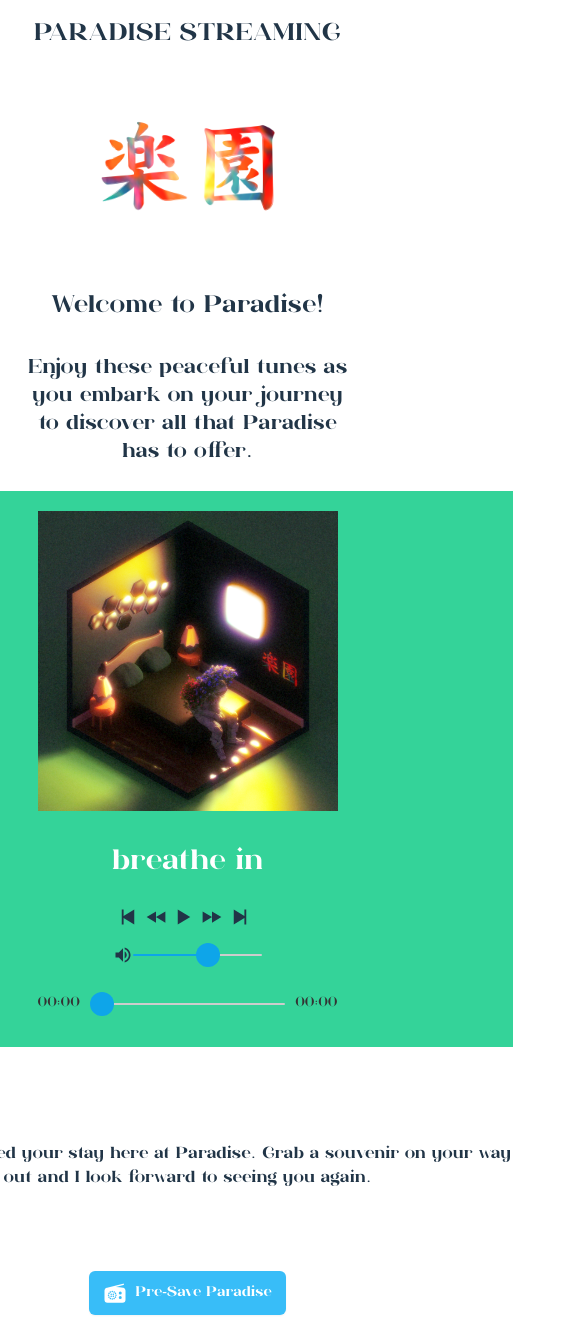
Repository: blordeus/paradise-streaming-app
Page: / (app in paradise-streaming-app/)
The author's editor kept a copy of each file at every save. The page is drawn from the files as they stood at one save, then again after the next save.
The browser window is 375 px wide. The page is 588 px wide, so the pictures cover 588 px, including what lies to the right of the window. The pictures show the whole page.
The project was rebuilt for these pictures with package versions that can differ from the ones it lists, and the page was loaded fresh each time. Also part of the build but not shown: paradise-streaming-app/vite.config.js, paradise-streaming-app/src/components/TrackList.jsx. Imported but missing from the stored project, and not drawn on this page: paradise-streaming-app/src/MP3s/1.-breathe-in-(intro).mp3, paradise-streaming-app/src/MP3s/10.-breathe-out-(outro)-(v2).mp3, paradise-streaming-app/src/MP3s/2.-check-in-(v2).mp3, paradise-streaming-app/src/MP3s/3.-kaleidoscope-(v2).mp3, paradise-streaming-app/src/MP3s/4.-broken clocks-(v2).mp3, paradise-streaming-app/src/MP3s/5.-safe.mp3, paradise-streaming-app/src/MP3s/6.-waves-come-and-go.mp3, paradise-streaming-app/src/MP3s/7.-in-search-of-(v2).mp3 and 2 more.

Above is the page before, as saved 2023-10-18 21:39:53.

### paradise-streaming-app/index.html
<!doctype html>
<html lang="en">
  <head>
    <meta charset="UTF-8" />
    <link rel="icon" type="image/png+xml" href="/paradise-logo.png" />
    <meta name="viewport" content="width=device-width, initial-scale=1.0" />
    <title>Paradise Streaming</title>
  </head>
  <body>
    <div id="root"></div>
    <script type="module" src="/src/main.jsx"></script>
  </body>
</html>

### paradise-streaming-app/src/App.jsx
import './App.css'
import { Header } from './components/Header'
import { Logo } from './components/Logo'
import { Description } from './components/Description'
import { MusicPlayer } from './components/MusicPlayer'
import { Footer } from './components/Footer'

function App() {

  return (
    <>
    <div className='space-y-6'>
      <Header/>
      <Logo/>
      <Description/>
      <MusicPlayer/>
      <Footer/>
    </div>
    </>
  )
}

export default App

### paradise-streaming-app/src/index.css
@tailwind base;
@tailwind components;
@tailwind utilities;

:root {
  font-family: HV-Weist-Havanah, serif, Inter, system-ui, Avenir, Helvetica,
    Arial, sans-serif;
  line-height: 1.5;
  font-weight: 400;

  color-scheme: light dark;
  color: rgba(255, 255, 255, 0.87);
  background-color: #242424;

  font-synthesis: none;
  text-rendering: optimizeLegibility;
  -webkit-font-smoothing: antialiased;
  -moz-osx-font-smoothing: grayscale;
  -webkit-text-size-adjust: 100%;
}

@font-face {
  font-family: "HV-Weist-Havanah";
  src: url(./fonts/HV-Weist-Havanah-Trial.ttf) format("truetype");
}

body {
  margin: 0;
  display: flex;
  place-items: center;
  min-width: 320px;
  min-height: 140vh;
}

h1 {
  font-size: 3.2em;
  line-height: 1.1;
}

/* audio player */
.audio-player {
  background: #34d399;
  display: flex;
  align-items: center;
  justify-content: center;
  width: 550px;
}

.inner {
  max-width: 1200px;
  margin: 0 auto;
  padding: 20px;
}

/* audio info */
.audio-info {
  display: flex;
}

.text {
  color: #5eead4;
}

.title {
  color: #fff;
  font-weight: 100;
  font-size: 32px;
  margin-bottom: 0;
  padding: 2px;
  line-height: 37px;
  font-size: 44px;
}

/* audio image */
.icon-wrapper {
  display: flex;
  align-items: center;
  justify-content: center;
  height: 100%;
}

.audio-image {
  width: 500px;
  height: 500px;
  background: #1e1e1e;
}

.audio-icon {
  font-size: 40px;
  display: flex;
  justify-content: center;
  align-items: center;
  height: 80px;
  width: 80px;
  border-radius: 50%;
  background: #989898;
}

.audio-image img {
  object-fit: cover;
  width: 100%;
  height: 100%;
  vertical-align: middle;
}

/* controls */
.controls-wrapper {
  display: flex;
  justify-content: space-between;
  align-items: center;
  margin-top: 10px;
}

.controls button,
.volume button {
  border: none;
  background-color: transparent;
  margin-right: 8px;
  cursor: pointer;
}

button svg {
  font-size: 20px;
}

.volume {
  display: flex;
  align-items: center;
}

.volume button {
  margin: 0;
}

.progress {
  display: flex;
  align-items: center;
  gap: 10px;
  width: 100%;
}

/* time */
.time {
  color: #333;
  font-size: 13px;
  line-height: 46px;
}

.time.current {
  color: #333;
}

/* Top bar */
.top__bar {
  font-size: 0.875rem;
  line-height: 1.25rem;
  text-align: center;
  padding-top: 0.5rem;
  padding-bottom: 0.5rem;
  background-color: #fafafa;
  border-bottom: 1px solid #f0f0f2;
}

.top__bar a {
  color: inherit;
}

.top__bar p {
  margin: 0;
}

/* button {
  border-radius: 8px;
  border: 1px solid transparent;
  padding: 0.6em 1.2em;
  font-size: 1em;
  font-weight: 500;
  font-family: inherit;
  background-color: #1a1a1a;
  cursor: pointer;
  transition: border-color 0.25s;
}
button:hover {
  border-color: #646cff;
}
button:focus,
button:focus-visible {
  outline: 4px auto -webkit-focus-ring-color;
} */

@media (prefers-color-scheme: light) {
  :root {
    color: #213547;
    background-color: #ffffff;
  }
  a:hover {
    color: #747bff;
  }
  button {
    background-color: #f9f9f9;
  }
}

@media screen and (max-width: 600px) {
  body {
    margin: 0;
    display: flex;
    justify-content: center;
    align-items: center;
    flex-direction: column;
  }
  .audio-player {
    margin: 0;
    width: 650px;
  }
  button svg {
    font-size: 20px;
  }
  .audio-image {
  width: 300px;
  height: 300px;
  background: #1e1e1e;
}
.title {
  font-size: 28px;
}
}

### paradise-streaming-app/src/App.css
#root {
  max-width: 1280px;
  margin: 0 auto;
  text-align: center;
  padding: 4% 20%;
}

@media screen and (max-width: 600px) {
  #root {
    padding: 5% 20%;
    margin: 0;
  }
}

/* .logo {
  height: 6em;
  padding: 1.5em;
  will-change: filter;
  transition: filter 300ms;
} */
/* h1:hover {
  filter: drop-shadow(0 0 2em #61dafbaa);
} */

/* .logo.react:hover {
  filter: drop-shadow(0 0 2em #61dafbaa);
} */

### paradise-streaming-app/src/components/Header.jsx

export const Header = () => {

  return (
    <>
      <h1 className="md:text-6xl uppercase text-2xl">Paradise Streaming</h1>
      {/* <p className="text-xl my-4">Do you want to listen to my album early?</p> */}
    </>
  );
};

### paradise-streaming-app/src/components/Logo.jsx
import logo from '../assets/paradise-logo.png'

export const Logo = () => {
  return (
    <img src={logo} alt="paradise logo" className='md:h-96 mx-auto md:-my-16 h-48'/>
  )
}

### paradise-streaming-app/src/components/Description.jsx
export const Description = () => {
  return (
    <div className="mb-12 space-y-8">
      <h2 className="md:text-4xl text-2xl">Welcome to Paradise!</h2>
      <p className="md:text-2xl text-xl mx-40">
        Enjoy these peaceful tunes as you embark on your journey to discover all that Paradise has to offer.
      </p>
    </div>
  );
};

### paradise-streaming-app/src/components/MusicPlayer.jsx
import { useState, useRef } from "react";
import { tracks } from "../../tracks";

import { Controls } from "./Controls";
import { DisplayTrack } from "./DisplayTrack";
import { ProgressBar } from "./ProgressBar";

export const MusicPlayer = () => {
    const [trackIndex, setTrackIndex] = useState(0);
    const [currentTrack, setCurrentTrack] = useState(tracks[trackIndex]);

    const [timeProgress, setTimeProgress] = useState(0);
    const [duration, setDuration] = useState(0);

    const audioRef = useRef();
    const progressBarRef = useRef();

    const handleNext = () => {
        if (trackIndex >= tracks.length - 1) {
          setTrackIndex(0);
          setCurrentTrack(tracks[0]);
        } else {
          setTrackIndex((prev) => prev + 1);
          setCurrentTrack(tracks[trackIndex + 1]);
        }
      };



  return (
    <div className="audio-player">
      <div className="inner">
        <DisplayTrack currentTrack={currentTrack} audioRef={audioRef} setDuration={setDuration} progressBarRef={progressBarRef} handleNext={handleNext}/>
        <Controls audioRef={audioRef} progressBarRef={progressBarRef} duration={duration} setTimeProgress={setTimeProgress} tracks={tracks} trackIndex={trackIndex} setTrackIndex={setTrackIndex} setCurrentTrack={setCurrentTrack} handleNext={handleNext}/>
        <ProgressBar progressBarRef={progressBarRef} audioRef={audioRef} timeProgress={timeProgress} duration={duration}/>
      </div>
    </div>
  );
};

### paradise-streaming-app/src/components/Footer.jsx
// import { CheckCircleIcon } from '@heroicons/react/20/solid'

export const Footer = () => {
  return (
    <div className='mt-12'>
      <p className="md:text-2xl mt-24 mb-8">
        Hope you enjoyed your stay here at Paradise. Grab a souvenir on your way out and I look forward to seeing you again.
      </p>
      <a href="https://distrokid.com/hyperfollow/bryanlordeus/paradise">
          <button
            type="button"
            className="mt-12 inline-flex items-center gap-x-2 rounded-md bg-sky-400 px-3.5 py-2.5 text-sm font-semibold text-white shadow-sm hover:bg-sky-500 focus-visible:outline focus-visible:outline-2 focus-visible:outline-offset-2 focus-visible:outline-sky-600"
          >
            {/* <CheckCircleIcon className="-ml-0.5 h-5 w-5" aria-hidden="true" /> */}
            {/* <svg xmlns="http://www.w3.org/2000/svg" viewBox="0 0 24 24" fill="currentColor" className="w-6 h-6">
  <path fillRule="evenodd" d="M4.5 5.653c0-1.426 1.529-2.33 2.779-1.643l11.54 6.348c1.295.712 1.295 2.573 0 3.285L7.28 19.991c-1.25.687-2.779-.217-2.779-1.643V5.653z" clipRule="evenodd" />
</svg> */}
<svg xmlns="http://www.w3.org/2000/svg" viewBox="0 0 24 24" fill="currentColor" className="w-6 h-6">
  <path fillRule="evenodd" d="M20.432 4.103a.75.75 0 00-.364-1.455L4.128 6.632l-.2.033C2.498 6.904 1.5 8.158 1.5 9.575v9.175a3 3 0 003 3h15a3 3 0 003-3V9.574c0-1.416-.997-2.67-2.429-2.909a49.016 49.016 0 00-7.255-.658l7.616-1.904zm-9.585 8.56a.75.75 0 010 1.06l-.005.006a.75.75 0 01-1.06 0l-.006-.005a.75.75 0 010-1.061l.005-.005a.75.75 0 011.06 0l.006.005zM9.781 15.85a.75.75 0 001.061 0l.005-.005a.75.75 0 000-1.061l-.005-.005a.75.75 0 00-1.06 0l-.006.005a.75.75 0 000 1.06l.005.006zm-1.055-1.066a.75.75 0 010 1.06l-.005.006a.75.75 0 01-1.061 0l-.005-.005a.75.75 0 010-1.06l.005-.006a.75.75 0 011.06 0l.006.005zM7.66 13.73a.75.75 0 001.061 0l.005-.006a.75.75 0 000-1.06l-.005-.005a.75.75 0 00-1.06 0l-.006.005a.75.75 0 000 1.06l.005.006zM9.255 9.75a.75.75 0 01.75.75v.008a.75.75 0 01-.75.75h-.008a.75.75 0 01-.75-.75V10.5a.75.75 0 01.75-.75h.008zm3.624 3.28a.75.75 0 00.275-1.025L13.15 12a.75.75 0 00-1.025-.275l-.006.004a.75.75 0 00-.275 1.024l.004.007a.75.75 0 001.024.274l.007-.003zm-1.38 5.126a.75.75 0 01-1.024-.274l-.004-.007a.75.75 0 01.275-1.024l.006-.004a.75.75 0 011.025.274l.004.007a.75.75 0 01-.275 1.024l-.006.004zm.282-6.776a.75.75 0 00-.274-1.025l-.007-.003a.75.75 0 00-1.024.274l-.004.007a.75.75 0 00.274 1.024l.007.004a.75.75 0 001.024-.274l.004-.007zm1.369 5.129a.75.75 0 01-1.025.274l-.006-.003a.75.75 0 01-.275-1.025l.004-.006a.75.75 0 011.025-.275l.006.004a.75.75 0 01.275 1.024l-.004.007zm-.145-1.502a.75.75 0 00.75-.75v-.007a.75.75 0 00-.75-.75h-.008a.75.75 0 00-.75.75v.008c0 .414.336.75.75.75h.008zm-3.75 2.243a.75.75 0 01.75.75v.008a.75.75 0 01-.75.75h-.008a.75.75 0 01-.75-.75V18a.75.75 0 01.75-.75h.008zm-2.871-.47a.75.75 0 00.274-1.025l-.003-.006a.75.75 0 00-1.025-.275l-.006.004a.75.75 0 00-.275 1.025l.004.006a.75.75 0 001.024.274l.007-.003zm1.366-5.12a.75.75 0 01-1.025-.274l-.004-.006a.75.75 0 01.275-1.025l.006-.003a.75.75 0 011.025.274l.004.007a.75.75 0 01-.275 1.024l-.006.004zm.281 6.215a.75.75 0 00-.275-1.024l-.006-.004a.75.75 0 00-1.025.274l-.003.007a.75.75 0 00.274 1.024l.007.004a.75.75 0 001.024-.274l.004-.007zM6.655 12.76a.75.75 0 01-1.025.274l-.006-.003a.75.75 0 01-.275-1.025L5.353 12a.75.75 0 011.025-.275l.006.004a.75.75 0 01.275 1.024l-.004.007zm-1.15 2.248a.75.75 0 00.75-.75v-.007a.75.75 0 00-.75-.75h-.008a.75.75 0 00-.75.75v.008c0 .414.336.75.75.75h.008zM17.25 10.5a1.5 1.5 0 110 3 1.5 1.5 0 010-3zm1.5 6a1.5 1.5 0 10-3 0 1.5 1.5 0 003 0z" clipRule="evenodd" />
</svg>

            Pre-Save Paradise
          </button>
      </a>
    </div>
  );
};

### paradise-streaming-app/tracks.js
//audio files
import breatheIn from './src/MP3s/1.-breathe-in-(intro).mp3';
import checkIn from './src/MP3s/2.-check-in-(v2).mp3';
import kaleidoscope from './src/MP3s/3.-kaleidoscope-(v2).mp3';
import brokenClocks from './src/MP3s/4.-broken clocks-(v2).mp3';
import safe from './src/MP3s/5.-safe.mp3';
import wavesComeAndGo from './src/MP3s/6.-waves-come-and-go.mp3';
import inSearchOf from './src/MP3s/7.-in-search-of-(v2).mp3';
import paradise from './src/MP3s/8.-paradise-(v4).mp3';
import intoTheUnknown from './src/MP3s/9.-into-the-unknown-(v4).mp3';
import breatheOut from './src/MP3s/10.-breathe-out-(outro)-(v2).mp3';

//audio thumbnail
import  albumCover from './src/assets/Paradise-final-album-cover.png';

export const tracks = [
    {
        title: 'breathe in',
        author: 'Bryan Lordeus',
        src: breatheIn,
        thumbnail: albumCover,
    }
    ,
    {
        title: 'check in',
        author: 'Bryan Lordeus',
        src: checkIn,
        thumbnail: albumCover
    }
    ,
    {
        title: 'kaleidoscope',
        author: 'Bryan Lordeus',
        src: kaleidoscope,
        thumbnail: albumCover
    }
    ,
    {
        title: 'broken clocks',
        author: 'Bryan Lordeus',
        src: brokenClocks,
        thumbnail: albumCover
    }
    ,
    {
        title: 'safe',
        author: 'Bryan Lordeus',
        src: safe,
        thumbnail: albumCover
    }
    ,
    {
        title: 'waves come and go',
        author: 'Bryan Lordeus',
        src: wavesComeAndGo,
        thumbnail: albumCover
    }
    ,
    {
        title: 'in search of',
        author: 'Bryan Lordeus',
        src: inSearchOf,
        thumbnail: albumCover
    }
    ,
    {
        title: 'paradise',
        author: 'Bryan Lordeus',
        src: paradise,
        thumbnail: albumCover
    }
    ,
    {
        title: 'into the unknown',
        author: 'Bryan Lordeus',
        src: intoTheUnknown,
        thumbnail: albumCover
    }
    ,
    {
        title: 'breathe out',
        author: 'Bryan Lordeus',
        src: breatheOut,
        thumbnail: albumCover
    }
];

### paradise-streaming-app/src/components/Controls.jsx
import { useState, useEffect, useCallback, useRef } from "react";

// icons
import {
  IoPlayBackSharp,
  IoPlayForwardSharp,
  IoPlaySkipBackSharp,
  IoPlaySkipForwardSharp,
  IoPlaySharp,
  IoPauseSharp,
} from "react-icons/io5";

import {
    IoMdVolumeHigh,
    IoMdVolumeOff,
    IoMdVolumeLow,
  } from 'react-icons/io';

export const Controls = ({
  audioRef,
  progressBarRef,
  duration,
  setTimeProgress,
  trackIndex,
  setTrackIndex,
  tracks,
  setCurrentTrack,
  handleNext
}) => {
  const [isPlaying, setIsPlaying] = useState(false);

  const [volume, setVolume] = useState(60);

  const [muteVolume, setMuteVolume] = useState(false);

  const playAnimationRef = useRef();

  const repeat = useCallback(() => {
    const currentTime = audioRef.current.currentTime;
    setTimeProgress(currentTime);
    progressBarRef.current.value = currentTime;
    progressBarRef.current.style.setProperty(
      "--range-progress",
      `${(progressBarRef.current.value / duration) * 100}%`
    );

    playAnimationRef.current = requestAnimationFrame(repeat);
  }, [audioRef, duration, progressBarRef, setTimeProgress]);

  const togglePlayPause = () => {
    setIsPlaying((prev) => !prev);
  };

  const skipForward = () => {
    audioRef.current.currentTime += 15;
  };

  const skipBackward = () => {
    audioRef.current.currentTime -= 15;
  };

  const handlePrevious = () => {
    if (trackIndex === 0) {
      let lastTrackIndex = tracks.length - 1;
      setTrackIndex(lastTrackIndex);
      setCurrentTrack(tracks[lastTrackIndex]);
    } else {
      setTrackIndex((prev) => prev - 1);
      setCurrentTrack(tracks[trackIndex - 1]);
    }
  };


  useEffect(() => {
    if (isPlaying) {
      audioRef.current.play();
    } else {
      audioRef.current.pause();
    }
    playAnimationRef.current = requestAnimationFrame(repeat);
  }, [isPlaying, audioRef, repeat]);

  useEffect(() => {
    if (audioRef) {
      audioRef.current.volume = volume / 100;
      audioRef.current.muted = muteVolume;
    }
  }, [volume, audioRef, muteVolume]);

  return (
    <div className="controls-wrapper flex flex-col">
      <div className="controls flex">
        <button onClick={handlePrevious}>
          <IoPlaySkipBackSharp />
        </button>
        <button onClick={skipBackward}>
          <IoPlayBackSharp />
        </button>

        <button onClick={togglePlayPause}>
          {isPlaying ? <IoPauseSharp /> : <IoPlaySharp />}
        </button>
        <button onClick={skipForward}>
          <IoPlayForwardSharp />
        </button>
        <button onClick={handleNext}>
          <IoPlaySkipForwardSharp />
        </button>
      </div>
      <div className="controls-wrapper">
        <div className="controls">{/* ... */}</div>
        <div className="volume mt-2">
          <button onClick={() => setMuteVolume((prev) => !prev)}>
            {muteVolume || volume < 5 ? (
              <IoMdVolumeOff />
            ) : volume < 40 ? (
              <IoMdVolumeLow />
            ) : (
              <IoMdVolumeHigh />
            )}
          </button>{" "}
          <input
            type="range"
            min={0}
            max={100}
            value={volume}
            onChange={(e) => setVolume(e.target.value)}
            style={{
              background: `linear-gradient(to right, #0ea5e9 ${volume}%, #ccc ${volume}%)`,
            }}
          />{" "}
        </div>
      </div>
    </div>
  );
};

### paradise-streaming-app/src/components/DisplayTrack.jsx
import { BsMusicNoteBeamed } from "react-icons/bs";
import { TrackList } from "./TrackList";

export const DisplayTrack = ({
  currentTrack,
  setDuration,
  progressBarRef,
  audioRef,
  handleNext,
  togglePlayPause,
}) => {
  const onLoadedMetadata = () => {
    const seconds = audioRef.current.duration;
    setDuration(seconds);
    progressBarRef.current.max = seconds;
  };

  return (
    <div>
      <audio
        src={currentTrack.src}
        ref={audioRef}
        onLoadedMetadata={onLoadedMetadata}
        onEnded={handleNext}
      />
      <div className="audio-info mb-24">
        <div className="audio-image">
          {currentTrack.thumbnail ? (
            <img src={currentTrack.thumbnail} alt="audio avatar" />
          ) : (
            <div className="icon-wrapper">
              <span className="audio-icon">
                <BsMusicNoteBeamed />
              </span>
            </div>
          )}
          <p className="title mt-8">{currentTrack.title}</p>
        </div>
        {/* <div className="text">
          <p className="title">{currentTrack.title}</p>
          <p>{currentTrack.author}</p>
        </div> */}
        <div className="text-center mb-1 self-center">
          {/* <p className="text-slate-300 font-bold">
            {currentTrack?.title ?? "Select a song"}
          </p>
          <p className="text-xs">{currentTrack.author}</p> */}

          {/* <TrackList src={currentTrack.src} ref={audioRef} handleNext={handleNext} onLoadedMetadata={onLoadedMetadata} togglePlayPause={togglePlayPause}/> */}
        </div>
      </div>
      {/* TODO: List all tracks and link to the appropriate track */}
    </div>
  );
};

### paradise-streaming-app/src/components/ProgressBar.jsx
import '../index.css';
import '../customize-progress-bar.css';
export const ProgressBar = ({progressBarRef, audioRef, timeProgress, duration}) => {
    const handleProgressChange = () => {
        audioRef.current.currentTime = progressBarRef.current.value;
      };

      const formatTime = (time) => {
        if (time && !isNaN(time)) {
          const minutes = Math.floor(time / 60);
          const formatMinutes =
            minutes < 10 ? `0${minutes}` : `${minutes}`;
          const seconds = Math.floor(time % 60);
          const formatSeconds =
            seconds < 10 ? `0${seconds}` : `${seconds}`;
          return `${formatMinutes}:${formatSeconds}`;
        }
        return '00:00';
      };

  return (
    <div className="progress mt-4">
      <span className="time current">{formatTime(timeProgress)}</span>
      <input type="range" ref={progressBarRef} defaultValue="0"
        onChange={handleProgressChange}/>
      <span className="time">{formatTime(duration)}</span>
    </div>
  )
}

### paradise-streaming-app/src/customize-progress-bar.css
/* =========================
Custom Input range
=============================*/

/* Input range - chrome and safari */

input[type="range"] {
    --range-progress: 0;

    -webkit-appearance: none;
    position: relative;
    background:#ccc;
    width: 100%;
    height: 2px;
    border-radius: 2px;
    cursor: pointer;
  }

  /* Input range - firefox */
  input[type="range"]::-moz-range-track {
    position: relative;
    background:#ccc;
    width: 100%;
    height: 2px;
    border-radius: 2px;
    cursor: pointer;
  }

  /* played progress length - Chrome & safari*/
  input[type="range"]::before {
    content: '';
    height: 2px;
    background: #0ea5e9;
    width: var(--range-progress);
    border-bottom-left-radius: 2px;
    border-top-left-radius: 2px;
    position: absolute;
    top: 0;
    left: 0;
  }

  /* played progress length - firefox */
  input[type="range"]::-moz-range-progress {
    background: #0ea5e9;
    border-bottom-left-radius: 2px;
    border-top-left-radius: 2px;
    height: 2px;
  }

  /* slider thumb - chrome and safari */
  input[type="range"]::-webkit-slider-thumb {
    -webkit-appearance: none;
    height: 8px;
    width: 8px;
    border-radius: 50%;
    border: none;
    background-color: #0ea5e9;
    cursor: pointer;
    position: relative;
  }

  /* dragging thumb - chrome and safari */
  input[type="range"]:active::-webkit-slider-thumb {
    transform: scale(1.2);
  }

  /* slider thumb - firefox */
  input[type="range"]::-moz-range-thumb {
    height: 8px;
    width: 8px;
    border-radius: 50%;
    background: #0ea5e9;
    cursor: pointer;
    border: transparent;
    position: relative;
  }
  /* dragging thumb - firefox */
  input[type="range"]:active::-moz-range-thumb {
    transform: scale(1.2);
  }

  @media screen and (max-width: 500px) {
    /* slider thumb - chrome and safari */
  input[type="range"]::-webkit-slider-thumb {
    -webkit-appearance: none;
    height: 24px;
    width: 24px;
    border-radius: 50%;
    border: none;
    background-color: #0ea5e9;
    cursor: pointer;
    position: relative;
  }

  /* dragging thumb - chrome and safari */
  input[type="range"]:active::-webkit-slider-thumb {
    transform: scale(1.2);
  }

  /* slider thumb - firefox */
  input[type="range"]::-moz-range-thumb {
    height: 24px;
    width: 24px;
    border-radius: 50%;
    background: #0ea5e9;
    cursor: pointer;
    border: transparent;
    position: relative;
  }
  /* dragging thumb - firefox */
  input[type="range"]:active::-moz-range-thumb {
    transform: scale(1.2);
  }
  }

Loaded but not shown: paradise-streaming-app/src/main.jsx (common file); paradise-streaming-app/tailwind.config.js (common file)

After the next save:
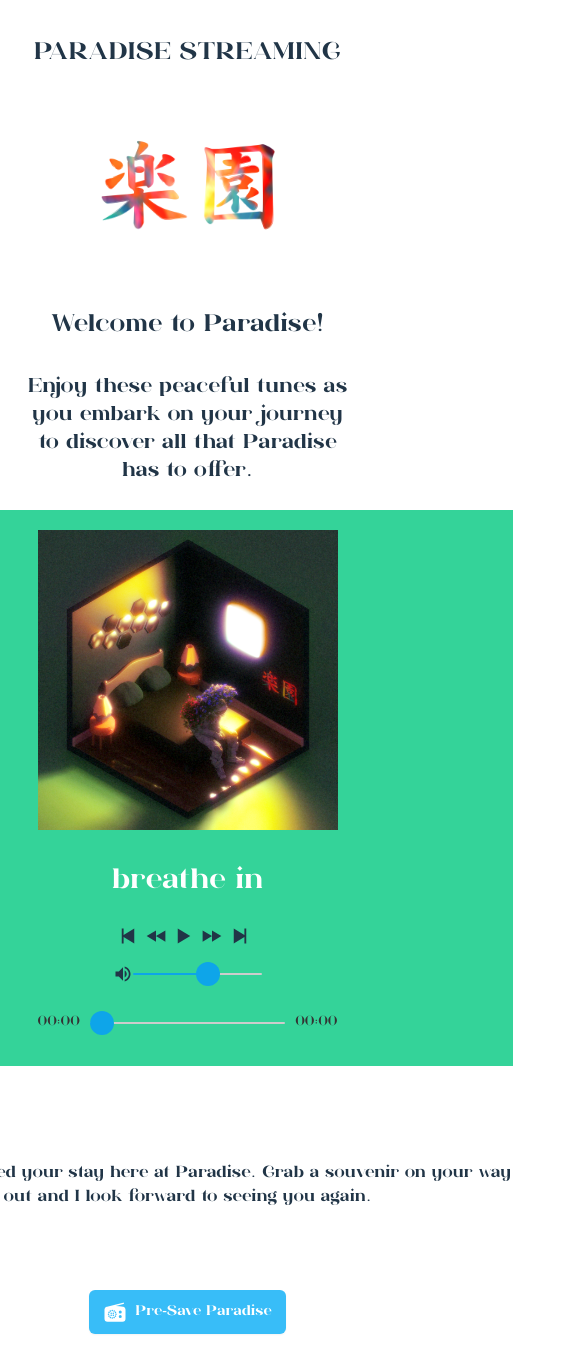
Saved 11 s later.
--- a/paradise-streaming-app/src/App.css
+++ b/paradise-streaming-app/src/App.css
@@ -7,7 +7,7 @@
 
 @media screen and (max-width: 600px) {
   #root {
-    padding: 5% 20%;
+    padding: 10% 20%;
     margin: 0;
   }
 }
